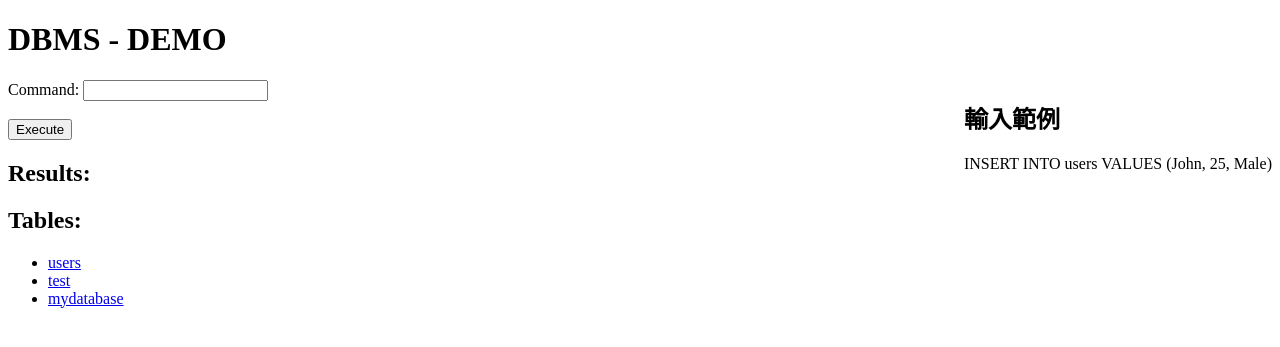
Repository: mark6969/DBMS-use-python
Page: http://localhost/
An editor plug-in stored every save of this project. The page is shown before and after the next save, followed by the edit.
The browser window is 1280 px wide. The pictures show the whole page.
The page is served by the project's application, run on Flask 3 (run.py).

Above is the page before, as saved 2023-05-19 15:44:33.

### templates/index.html
<!DOCTYPE html>
<html>
<head>
    <title>DBMS</title>
    <style>
        table {
            border-collapse: collapse;
        }
        th, td {
            border: 1px solid black;
            padding: 8px;
        }
        .right-text {
            float: right; /* 將文字容器浮動到右側 */
            margin-left: 0%; /* 提供一些間距 */
        }
    </style>
</head>
<body>
    <h1>DBMS - DEMO</h1>
    <div class="right-text">
        <h2>輸入範例</h2>
        <p>INSERT INTO users VALUES (John, 25, Male)</p>
        <p></p>
    </div>
    <form method="POST" action="/">
        <label for="command">Command:</label>
        <input type="text" name="command" id="command" required>
        <br><br>
        <input type="submit" value="Execute">
    </form>


    <!-- <h2>Users:</h2>
    <table>
        <tr>
            <th>姓名</th>
            <th>年齡</th>
            <th>性別</th>
        </tr>
        {% for user in users %}
        <tr>
            <td>{{ user.name }}</td>
            <td>{{ user.age }}</td>
            <td>{{ user.sex }}</td>
        </tr>
        {% endfor %}
    </table> -->

    <h2>Results:</h2>
    <ul>
        {% for result in results %}
        <li>{{ result }}</li>
        {% endfor %}
    </ul>

    <h2>Tables:</h2>
    <ul>
    {% for table in tables %}
    <li><a href="/table/{{ table }}">{{ table }}</a></li>
    {% endfor %}
    </ul>

</body>
</html>

### run.py
from flask import Flask, render_template, request
import re
import os
import csv

app = Flask(__name__)


# def get_all_users():
#     users = []
#     with open('mydatabase.csv', 'r') as file:
#         reader = csv.DictReader(file)
#         for row in reader:
#             user = {
#                 'name': row['name'],
#                 'age': row['age'],
#                 'sex': row['sex']
#             }
#             users.append(user)
#     return users

def get_all(table):
    data = []
    with open("DBs/%s.csv" % table, 'r') as file:
        reader = csv.DictReader(file)
        for row in reader:
            data.append(row)
    return data

def get_all_tables(database_name):
    tables = []
    csv_filename = f'{database_name}.csv'
    with open(csv_filename, 'r') as file:
        reader = csv.DictReader(file)
        tables = reader.fieldnames
    return tables

def get_all_csv_name():
    tables = []
    for file_name in os.listdir("./DBs"):
        if file_name.endswith('.csv'):
            table_name = os.path.splitext(file_name)[0]
            tables.append(table_name)
    return tables

def add_data(table, data_list):
    with open("DBs/%s.csv" % table, 'r+', newline='') as file:
        # fieldnames = ['name', 'age', 'sex']
        print("add_data")
        db_key = file.readline().replace("\n", "").split(",")
        if len(db_key) == len(data_list):
            writer = csv.writer(file)
            writer.writerow(data_list)
            return True
        return False


def execute_query(query):
    if query.startswith('SELECT'):
        _, column, _, table = query.split()
        return select_data(column, table)
    elif query.startswith('DELETE'):
        _, _, table, _, condition_column, _, condition_value = query.split()
        delete_data(table, condition_column, condition_value)
        return ['Data deleted successfully.']
    elif query.startswith('INSERT'):
        table = query.split()[2]
        values = re.findall(r'\((.*?)\)', query)[0]
        values_list = [value.strip() for value in values.split(',')]
        if add_data(table, values_list):
            return ['Data inserted successfully.']
        else:
            return ['Data inserted error']
    elif query.startswith('CREATE'):
        match = re.search(r'CREATE (\w+) \((.*?)\)', query)
        if match:
            table_name = match.group(1)
            columns = [column.strip() for column in match.group(2).split(',')]
            create_table(table_name, columns)
            return ['Table created successfully.']
        else:
            return ['Invalid query. Please check your input.']
    else:
        return ['Invalid query. Please check your input.']


def select_data(column, table):
    data = []
    with open("DBs/%s.csv" % table, 'r') as file:
        reader = csv.DictReader(file)
        for row in reader:
            if column == '*':
                data.append(row)
            elif column in row:
                data.append({column: row[column]})
    return data


def delete_data(table, condition_column, condition_value):
    with open("DBs/%s.csv" % table, 'r') as file:
        reader = csv.DictReader(file)
        rows = list(reader)

    filtered_rows = [row for row in rows if row.get(condition_column) == condition_value]

    with open("DBs/%s.csv" % table, 'w', newline='') as file:
        fieldnames = rows[0].keys()
        writer = csv.DictWriter(file, fieldnames=fieldnames)
        writer.writeheader()
        writer.writerows(filtered_rows)

def create_table(table_name, columns):
    csv_filename = f'{table_name}.csv'
    with open("./DBs/%s" % csv_filename, 'w', newline='') as file:
        writer = csv.writer(file)
        writer.writerow(columns)

@app.route('/table/<database_name>')
def show_database(database_name=None):
    if database_name is None:
        database_name = 'mydatabase'
    tables = get_all(database_name)
    if len(tables) != 0:
        keys=tables[0].keys()
    else:
        keys=[]
    return render_template('database.html', database=database_name, tables=tables, keys=keys)

@app.route('/', methods=['GET', 'POST'])
def index():
    if request.method == 'POST':
        command = request.form['command']
        results = execute_query(command)
    else:
        results = []

    # users = get_all_users()
    # tables = get_all_tables('mydatabase')
    tables = get_all_csv_name()
    print("tables")
    print(tables)
    # print("users")
    # print(users)
    print("results")
    print(results)
    return render_template('index.html', results=results, tables=tables)


if __name__ == '__main__':
    app.run(debug=True)

After the next save:
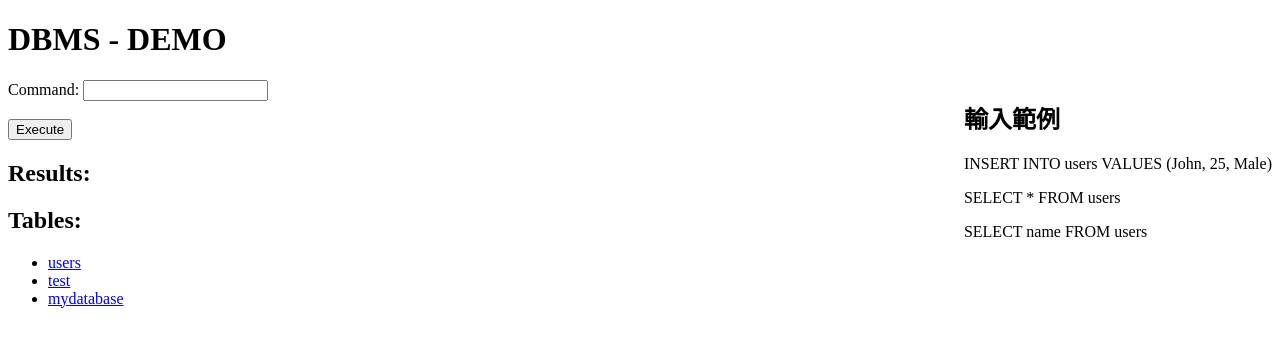
Saved 117 s later.
--- a/templates/index.html
+++ b/templates/index.html
@@ -21,7 +21,8 @@
     <div class="right-text">
         <h2>輸入範例</h2>
         <p>INSERT INTO users VALUES (John, 25, Male)</p>
-        <p></p>
+        <p>SELECT * FROM users</p>
+        <p>SELECT name FROM users</p>
     </div>
     <form method="POST" action="/">
         <label for="command">Command:</label>
